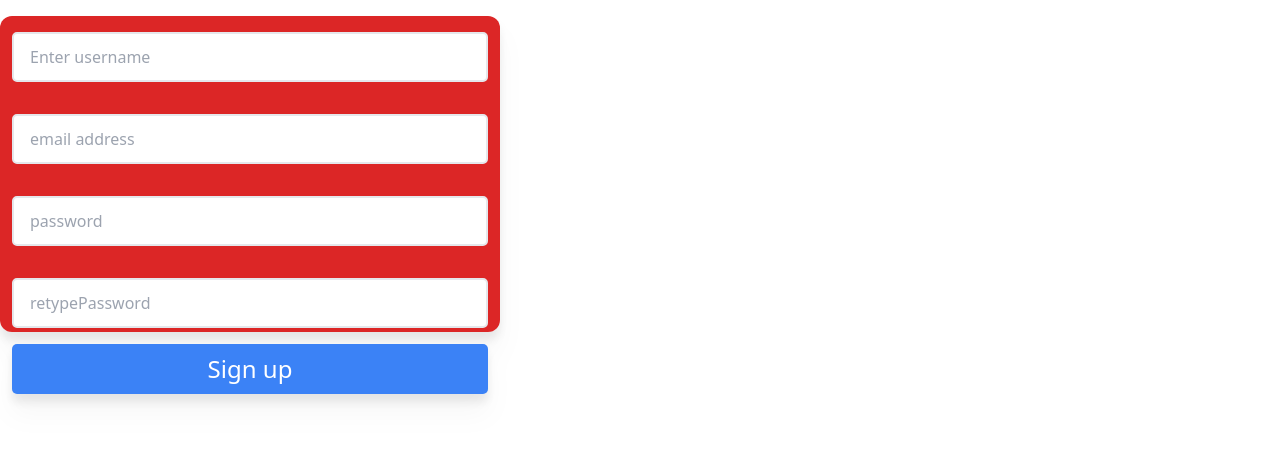
Repository: miraclesamson/e-commerce
Page: /
An editor plug-in stored every save of this project. The page is shown before and after the next save, followed by the edit.
The browser window is 1280 px wide. The pictures show the whole page.
The page's requests for data from a server got no answer. Some web libraries are served in a nearby version. The project was rebuilt for these pictures with package versions that can differ from the ones it lists, and the page was loaded fresh each time. No one was signed in, and anything a server would have sent is missing.

Above is the page before, as saved 2022-09-04 07:24:11.

### public/index.html
<!DOCTYPE html>
<html lang="en">

<head>
  <meta charset="utf-8" />
  <link rel="icon" href="%PUBLIC_URL%/favicon.ico" />
  <meta name="viewport" content="width=device-width, initial-scale=1" />
  <meta name="theme-color" content="#000000" />
  <meta name="description" content="Web site created using create-react-app" />
  <link rel="apple-touch-icon" href="%PUBLIC_URL%/logo192.png" />
  <!--
      manifest.json provides metadata used when your web app is installed on a
      user's mobile device or desktop. See https://developers.google.com/web/fundamentals/web-app-manifest/
    -->
  <link rel="manifest" href="%PUBLIC_URL%/manifest.json" />
  <!--
      Notice the use of %PUBLIC_URL% in the tags above.
      It will be replaced with the URL of the `public` folder during the build.
      Only files inside the `public` folder can be referenced from the HTML.

      Unlike "/favicon.ico" or "favicon.ico", "%PUBLIC_URL%/favicon.ico" will
      work correctly both with client-side routing and a non-root public URL.
      Learn how to configure a non-root public URL by running `npm run build`.
    -->
  <title>React App</title>
  <script src="https://kit.fontawesome.com/2345683446.js" crossorigin="anonymous"></script>
</head>

<body>
  <noscript>You need to enable JavaScript to run this app.</noscript>
  <div id="root"></div>
  <!--
      This HTML file is a template.
      If you open it directly in the browser, you will see an empty page.

      You can add webfonts, meta tags, or analytics to this file.
      The build step will place the bundled scripts into the <body> tag.

      To begin the development, run `npm start` or `yarn start`.
      To create a production bundle, use `npm run build` or `yarn build`.
    -->
</body>

</html>

### src/App.js
import React, { useEffect, useState } from "react";

import { fireAuth } from "./firebase";
import Signup from "./pages/Signup";

function App() {
  const [user, setUser] = useState();

  const onAuthStateChange = (user) => {
    setUser(user);
  };

  useEffect(() => {
    const subscriber = fireAuth.onAuthStateChanged(onAuthStateChange);

    // console.log(subscriber);
    return subscriber; // unsubscribe on unmount
  }, []);

  return <Signup />;
}

export default App;

### src/firebase.js
// Import the functions you need from the SDKs you need
import { initializeApp } from "firebase/app";
import { getAnalytics } from "firebase/analytics";
import { getFirestore } from "firebase/firestore";
import { getAuth } from "firebase/auth";

// TODO: Add SDKs for Firebase products that you want to use
// https://firebase.google.com/docs/web/setup#available-libraries

// Your web app's Firebase configuration
// For Firebase JS SDK v7.20.0 and later, measurementId is optional
const firebaseConfig = {
  apiKey: "AIzaSyCPRbN0p39vfpSQbeUfPQqL-eSKSP4enuo",
  authDomain: "e-commerce-fe56b.firebaseapp.com",
  projectId: "e-commerce-fe56b",
  storageBucket: "e-commerce-fe56b.appspot.com",
  messagingSenderId: "989187869030",
  appId: "1:989187869030:web:b68d76a53f95698398e0a7",
  measurementId: "G-1KH0YDN1NY",
};

// Initialize Firebase
export const app = initializeApp(firebaseConfig);
export const analytics = getAnalytics(app);
export const fireStore = getFirestore(app);
export const fireAuth = getAuth(app);

### src/pages/Signup.jsx
import React from "react";
import * as Yup from "yup";
import { useFormik } from "formik";
import { createUserWithEmailAndPassword } from "firebase/auth";

import { fireAuth } from "../firebase";

const validationSchema = Yup.object({
  username: Yup.string()
    .min(8)
    .label("username")
    .required("username is required")
    .matches(
      /^(?=.*[a-z])(?=.*[A-Z])(?=.*\d)(?=.*[@$!%*?&])[A-Za-z\d@$!%*?&]{6,}$/
    ),
  email: Yup.string()
    .email("Invalid email address")
    .label("Email")
    .required("Email is Required"),
  password: Yup.string()
    .min(8, "Must be 6 characters or more")
    .matches(
      /^(?=.*[a-z])(?=.*[A-Z])(?=.*\d)(?=.*[@$!%*?&])[A-Za-z\d@$!%*?&]{6,}$/,
      "Password must contain at least one lowercase letter, one uppercase letter, one number and one special character"
    )
    .label("Password")
    .required("Password is required"),
  retypePassword: Yup.string()
    .required("Please retype your password.")
    .oneOf([Yup.ref("password")], "Your passwords do not match."),
});

function Signup() {
  const formik = useFormik({
    initialValues: {
      username: "",
      email: "",
      password: "",
    },
    validationSchema: validationSchema,
    onSubmit: (values) => {
      console.log(values);
      createUserWithEmailAndPassword(
        fireAuth,
        values.username,
        values.email,
        values.password,
        values.retypePassword
      )
        .then((userCredential) => {
          // Signed in
          const user = userCredential.user;
          console.log(user);
          // ...
        })
        .catch((error) => {
          const errorCode = error.code;
          const errorMessage = error.message;
          console.log(errorMessage);
          // ..
        });
    },
  });

  return (
    <div className="bg-red-600 w-[500px] h-[316px] drop-shadow-xl rounded-xl px-3">
      <form onSubmit={formik.handleSubmit} className="w-full">
        <div className="mb-4 mt-4">
          <input
            id="username"
            type="text"
            placeholder="Enter username"
            className="h-[50px] p-4 w-full border-2 rounded-[5px] mt-4"
            {...formik.getFieldProps("username")}
          />
          {formik.touched.username && formik.errors.username ? (
            <div>{formik.errors.username}</div>
          ) : null}
        </div>
        <div className="mb-4 mt-4">
          <input
            id="email"
            type="text"
            {...formik.getFieldProps("email")}
            placeholder="email address"
            className="h-[50px] p-4 w-full border-2 rounded-[5px] mt-4"
          />
          {formik.touched.email && formik.errors.email ? (
            <div>{formik.errors.email}</div>
          ) : null}
        </div>

        <div className="mb-4">
          <input
            id="password"
            type="text"
            placeholder="password"
            {...formik.getFieldProps("password")}
            className="h-[50px] p-4 w-full border-2 rounded-[5px] mt-4"
          />
          {formik.touched.password && formik.errors.password ? (
            <div>{formik.errors.password}</div>
          ) : null}
        </div>

        <div className="mb-4">
          <input
            id="retypePassword"
            type="text"
            placeholder="retypePassword"
            {...formik.getFieldProps("retypePassword")}
            className="h-[50px] p-4 w-full border-2 rounded-[5px] mt-4"
          />
          {formik.touched.retypePassword && formik.errors.retypePassword ? (
            <div>{formik.errors.retypePassword}</div>
          ) : null}
        </div>

        <button
          type="submit"
          className="bg-blue-500 w-full h-[50px] rounded-[5px] text-white font-medium text-[24px]"
        >
          Sign up
        </button>
      </form>
    </div>
  );
}
export default Signup;

Loaded but not shown: src/index.js (common file); src/index.css (common file); src/reportWebVitals.js (common file); tailwind.config.js (common file)

After the next save:
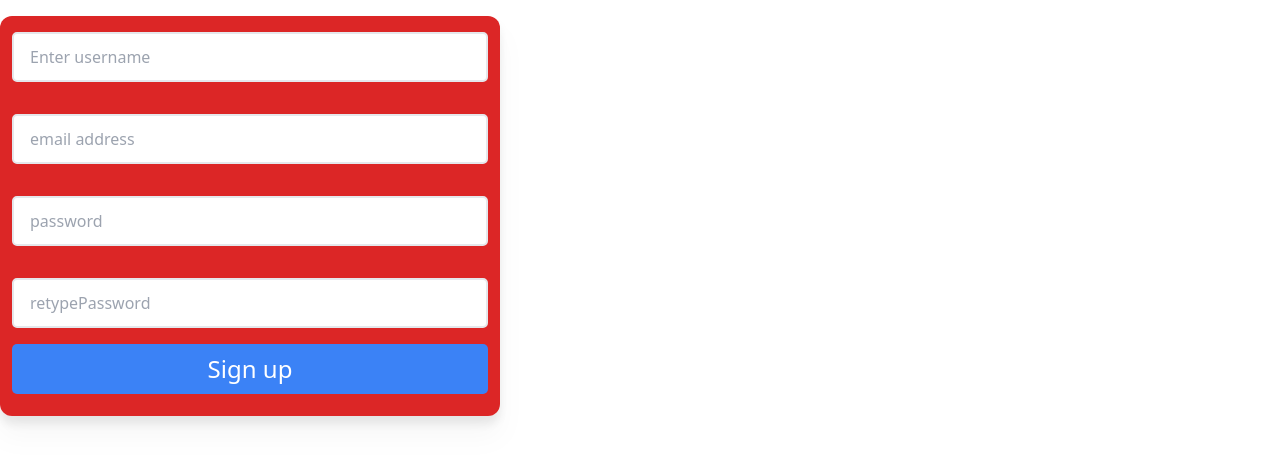
Saved 3 min 5 s later.
--- a/src/pages/Signup.jsx
+++ b/src/pages/Signup.jsx
@@ -63,7 +63,7 @@ function Signup() {
   });
 
   return (
-    <div className="bg-red-600 w-[500px] h-[316px] drop-shadow-xl rounded-xl px-3">
+    <div className="bg-red-600 w-[500px] h-[400px] drop-shadow-xl rounded-xl px-3">
       <form onSubmit={formik.handleSubmit} className="w-full">
         <div className="mb-4 mt-4">
           <input
